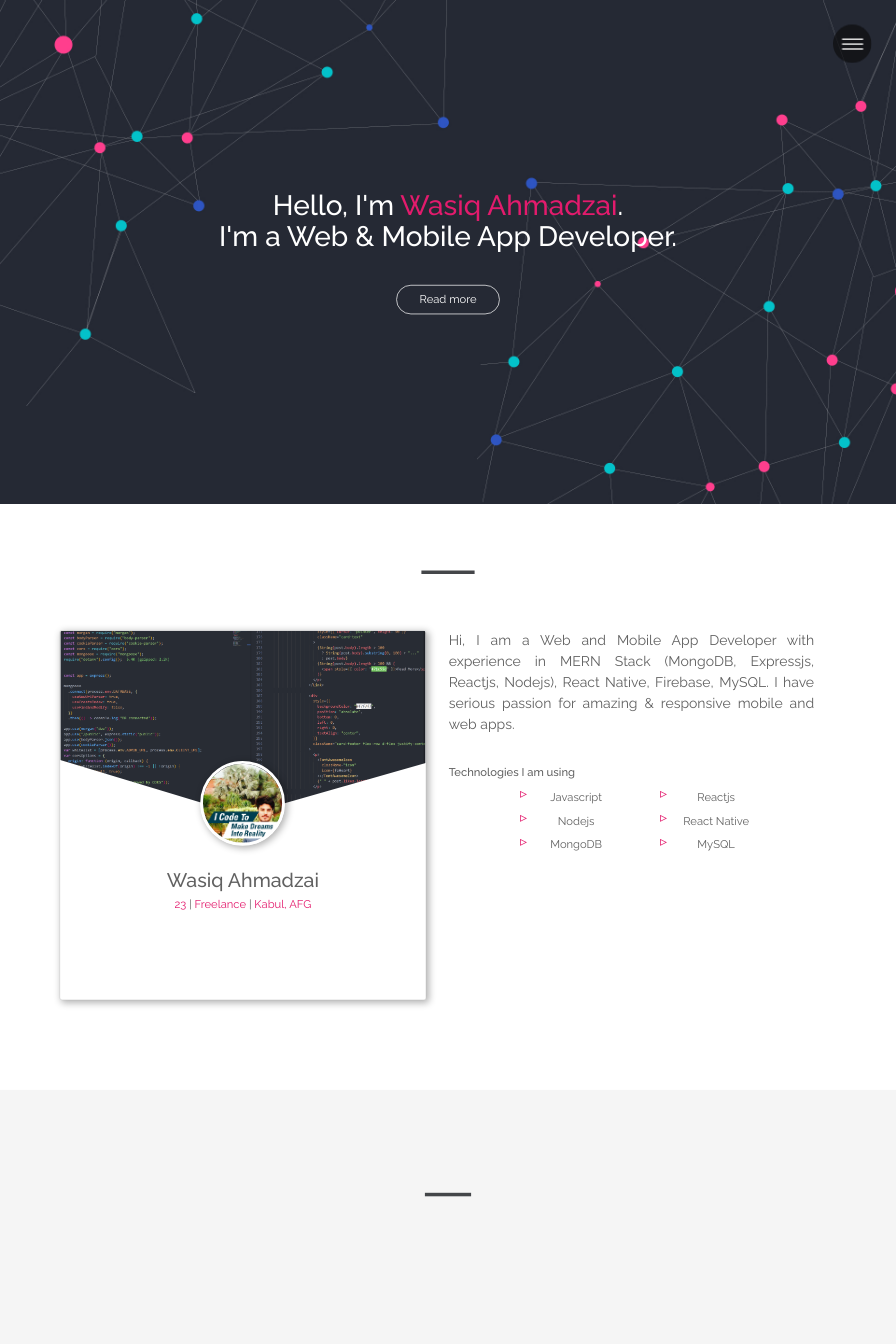
Repository: wasiqkhan/wasiqkhan.github.io
Page: index.html
An editor plug-in stored every save of this project. The page is shown before and after the next save, followed by the edit.
The browser window is 1280 px wide. The pictures show the part of the page from y = 0 to 1920 px (the page is 5002 px tall), at 70% of full size.
Some web fonts or font styles are not loaded; a fallback is used.

Above is the page before, as saved 2020-11-06 17:40:10.
Not found: js/all.js
Not found: js/app.js
Not found: js/particles.js

After the next save:
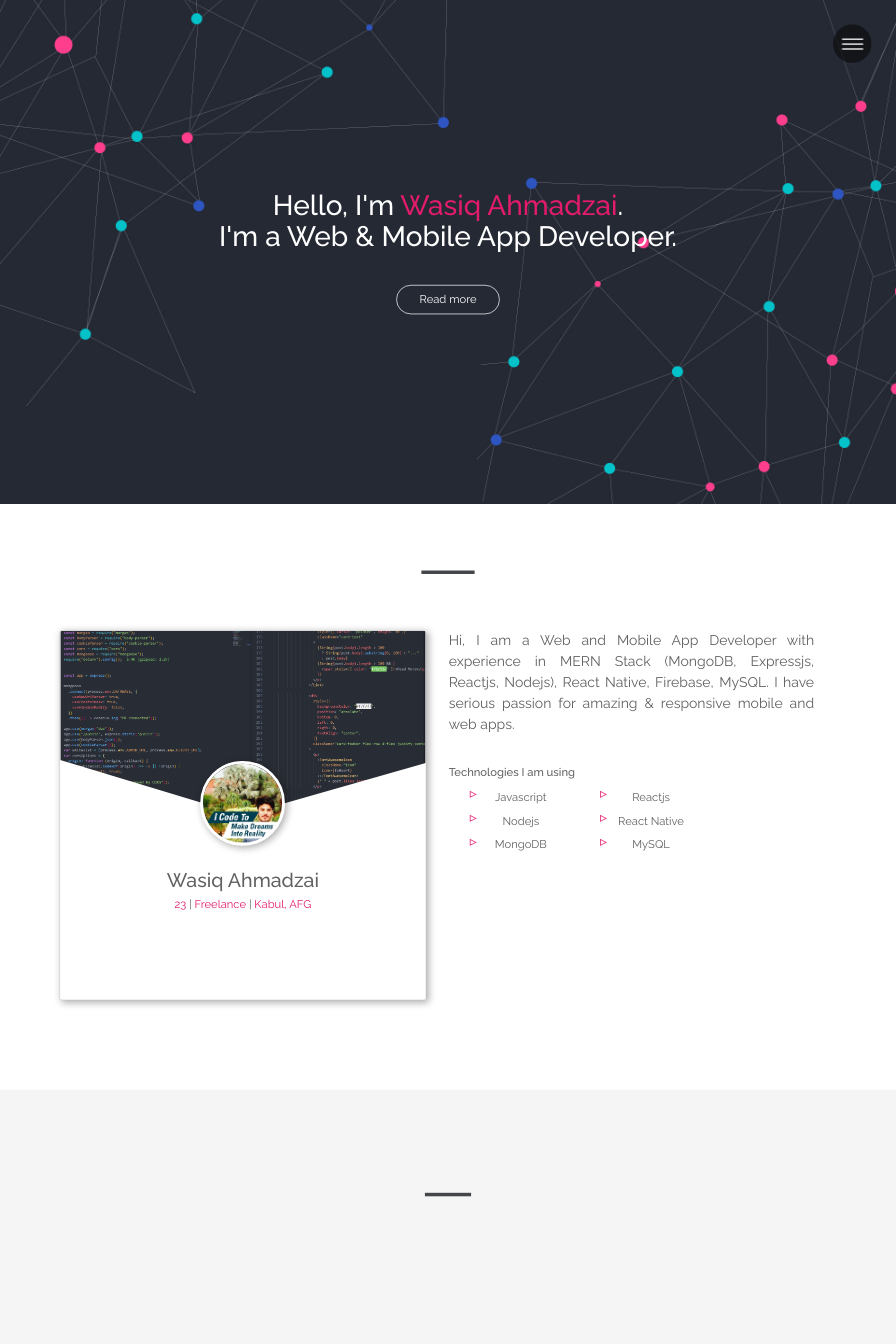
Saved 5 s later.
--- a/css/style.css
+++ b/css/style.css
@@ -466,7 +466,7 @@ a {
   grid-template-columns: repeat(2, minmax(140px, 200px));
   padding: 0px;
   margin: auto;
-  margin-right: 50px;
+  margin-right: 150px;
 
   overflow: hidden;
   list-style: none;
